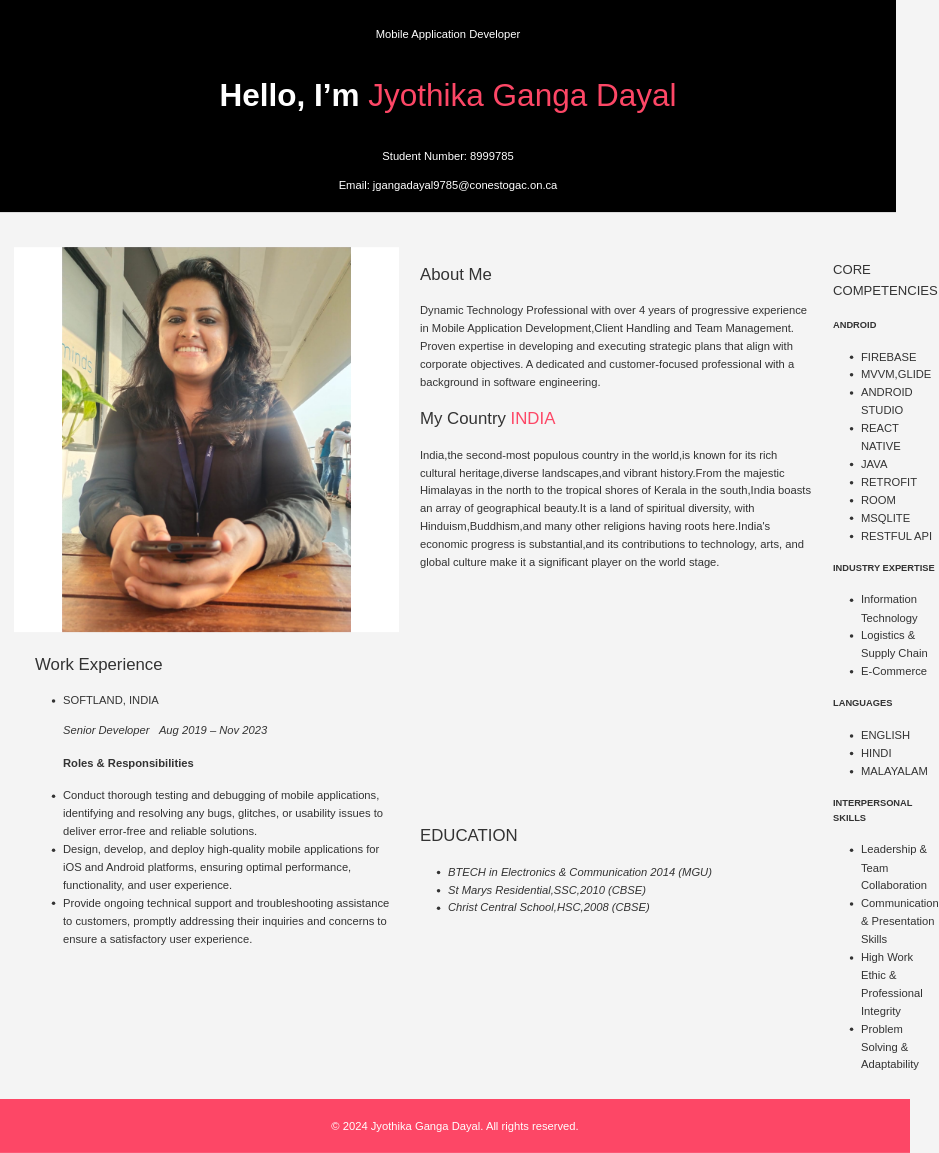
Repository: jyothika123/portfolio
Page: index.html
These files come from the project's save history. The page is drawn as it stood at one moment and after the next save; the edit follows.
The browser window is 1280 px wide. The page is 1341 px wide, so the pictures cover 1341 px, including what lies to the right of the window. The pictures show the whole page, at 70% of full size.
Pictures or frames that could not be fetched are drawn as grey boxes. Some web fonts or font styles are not loaded; a fallback is used.

Above is the page before, as saved 2024-09-22 21:08:29.

After the next save:
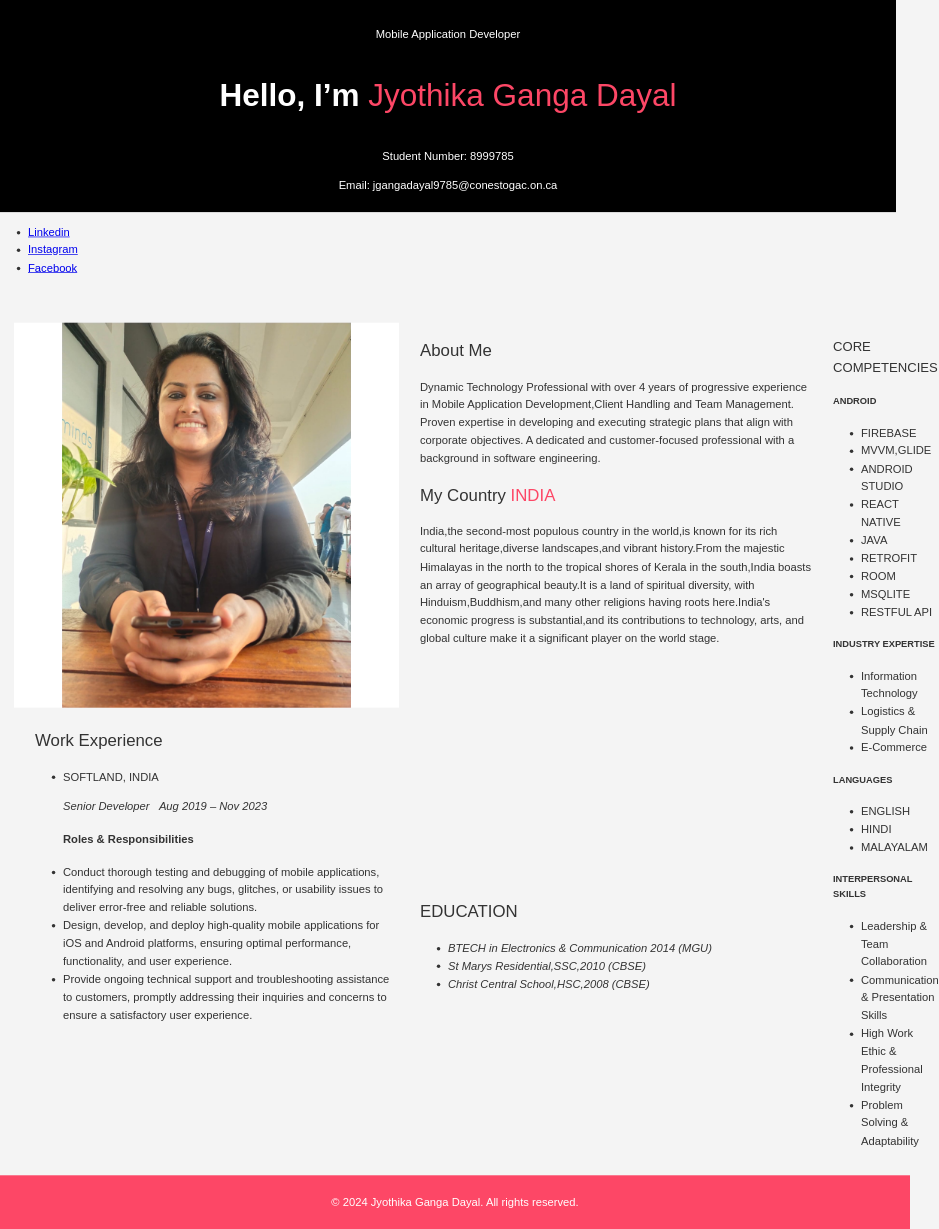
Saved 5 min 23 s later.
--- a/index.html
+++ b/index.html
@@ -19,6 +19,20 @@
             <p>Email: jgangadayal9785@conestogac.on.ca</p>
         </div>
     </header>
+    <nav class="anton-sc-regular">
+        <ul>
+            <li>
+                <a href="index.html">Linkedin</a>
+            </li>
+            <li>
+                <a href="index.html">Instagram</a>
+            </li>
+            <li>
+                <a href="index.html">Facebook</a>
+            </li>
+            </li>
+        </ul>
+    </nav>
     <main>
         <section class="box">
             <section class="bio">
